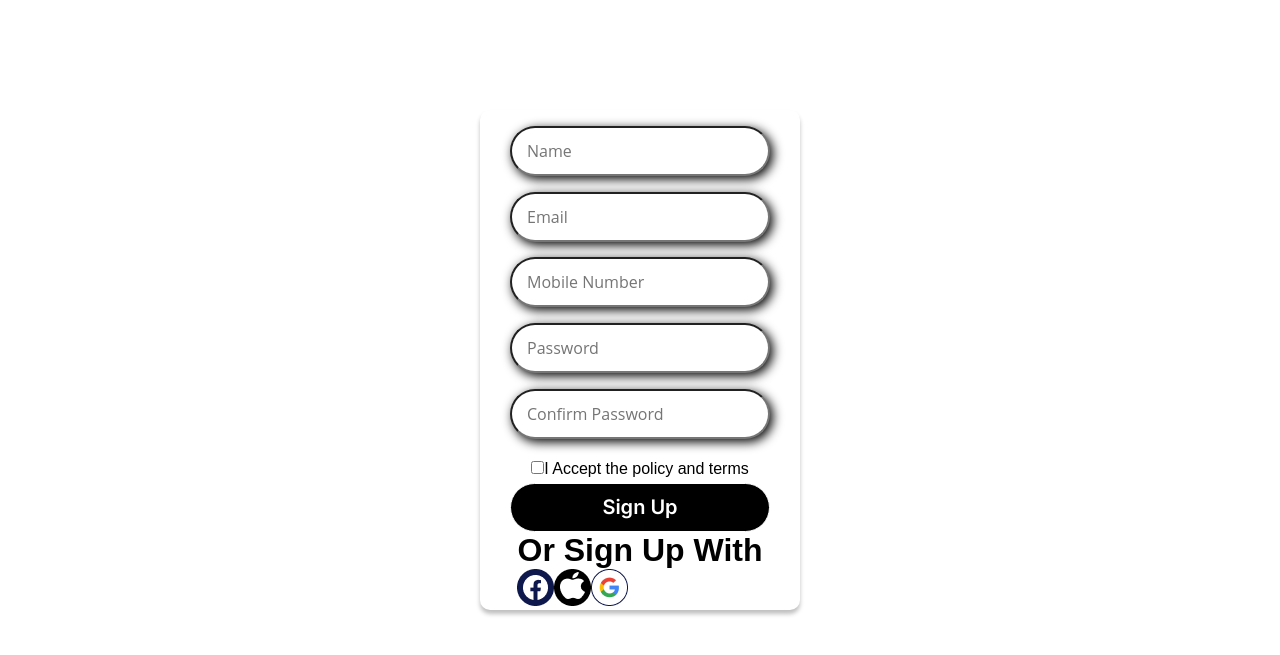
Repository: Cherced/virtualassistant
Page: /Draft
The author's editor kept a copy of each file at every save. The page is drawn from the files as they stood at one save, then again after the next save.
The browser window is 1280 px wide. The pictures show the whole page.
The project was rebuilt for these pictures with package versions that can differ from the ones it lists, and the page was loaded fresh each time. The framework's server and built-in components were replaced by stand-ins that run in the browser.

Above is the page before, as saved 2022-07-16 17:45:05.

After the next save:
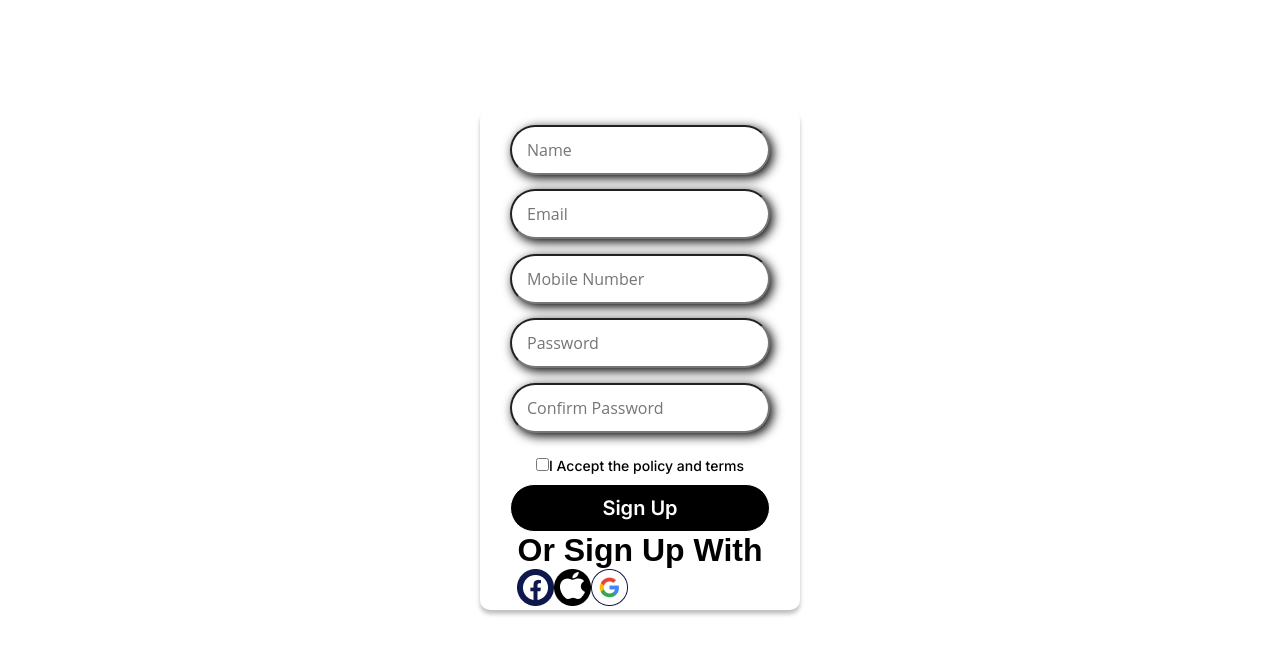
Saved 46 s later.
--- a/sass/pages/_signUp.scss
+++ b/sass/pages/_signUp.scss
@@ -19,12 +19,23 @@
         justify-content: space-evenly;
         height: 350px;
     }
+
     .signForm__checkbox--container {
         width: 90%;
         margin: 5px 0;
         display: flex;
         align-items: center;
         justify-content: center;
+
+        .signForm__checkbox--label {
+
+            font-family: $mainFont;
+            font-style: normal;
+            font-weight: 400;
+            font-size: 14px;
+            line-height: 26px;
+            text-align: center;
+        }
     }
 }
 
